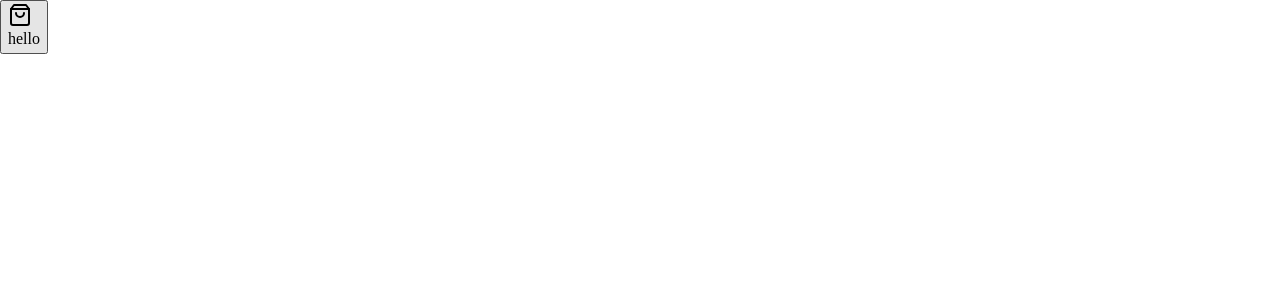
Repository: hjubsoni/hex-ocean-task
Page: /
An editor plug-in stored every save of this project. The page is shown before and after the next save, followed by the edit.
The browser window is 1280 px wide. The pictures show the whole page.
The project was rebuilt for these pictures with package versions that can differ from the ones it lists, and the page was loaded fresh each time. Also part of the build but not shown: vite.config.ts.

Above is the page before, as saved 2023-03-20 20:55:20.

After the next save:
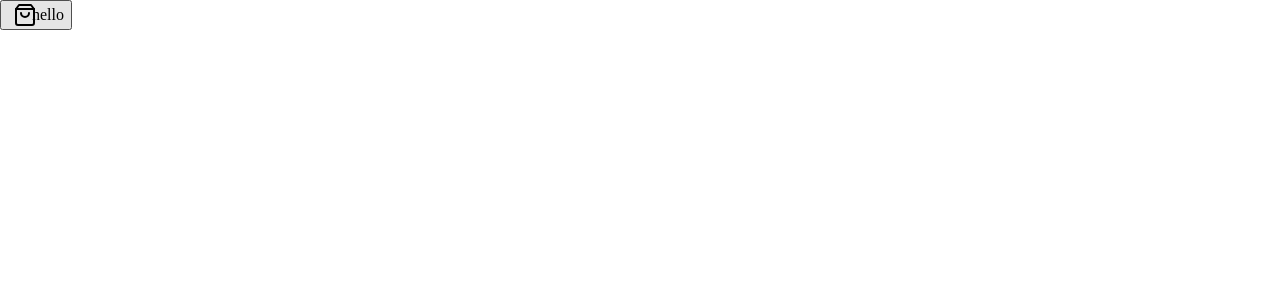
Saved 20 s later.
--- a/src/App.css
+++ b/src/App.css
@@ -1,3 +1,7 @@
+.order-button {
+  display: flex;
+}
+
 .order-button:hover > .icon {
   transform: translateX(5px);
 }
